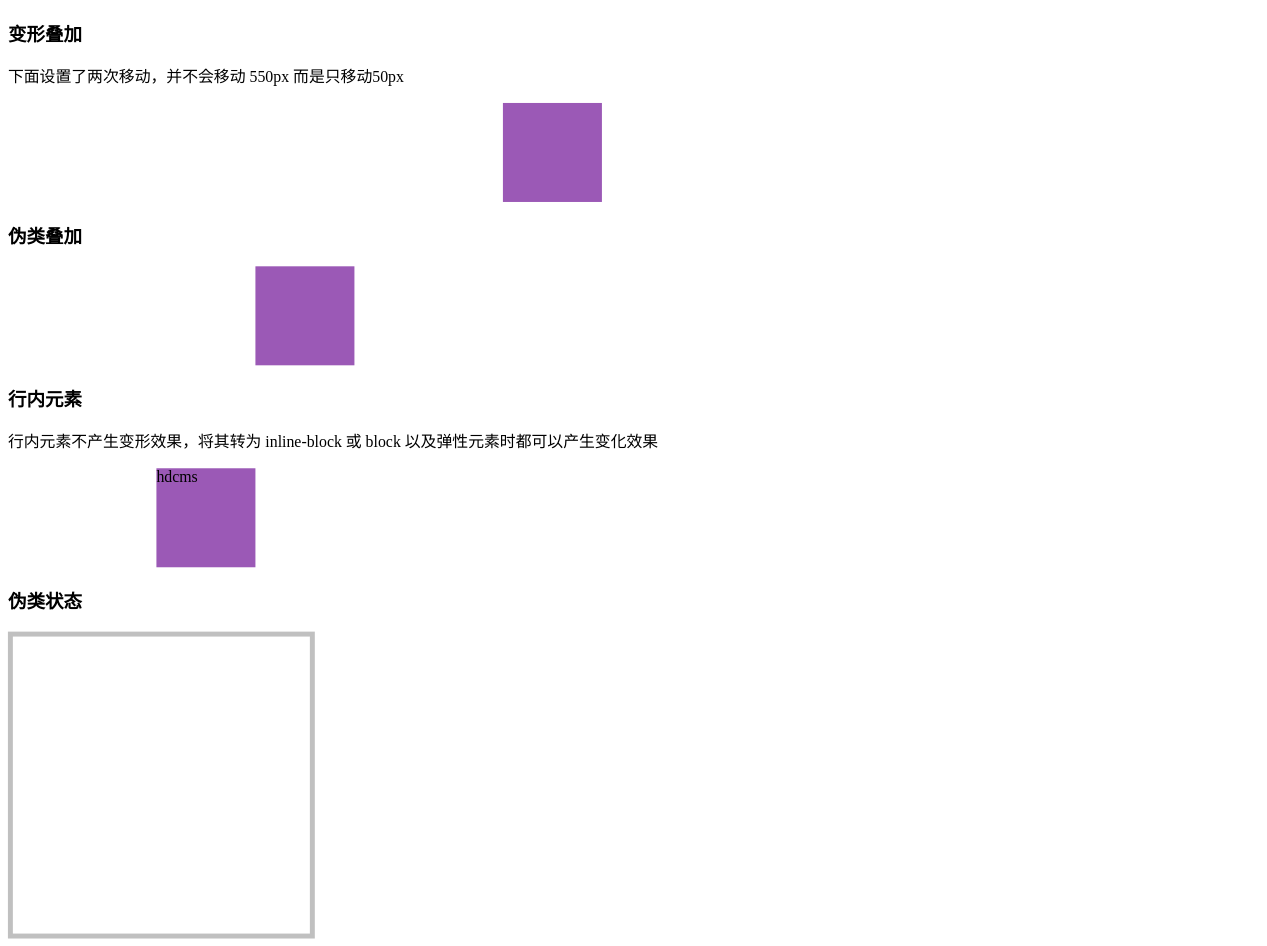
Repository: Aissd/animateDemo
Page: translate.html
The author's editor kept a copy of each file at every save. The page is drawn from the files as they stood at one save, then again after the next save.
The browser window is 1280 px wide. The pictures show the whole page, at 99% of full size.

Above is the page before, as saved 2020-05-11 21:43:43.

### translate.html
<!DOCTYPE html>
<html lang="en">
<head>
    <meta charset="UTF-8">
    <meta name="viewport" content="width=device-width, initial-scale=1.0">
    <title>变形动画</title>
    <link rel="stylesheet" href="./css/translate.css" />
</head>
<body>
    <div class="container">
        <section class="demo-section">
            <h3>变形叠加</h3>
            <p>下面设置了两次移动，并不会移动 550px 而是只移动50px</p>
            <div class="demo01"></div>
        </section>

        <section class="demo-section">
            <h3>伪类叠加</h3>
            <div class="demo02"></div>
        </section>

        <section class="demo-section">
            <h3>行内元素</h3>
            <p>行内元素不产生变形效果，将其转为 inline-block 或 block 以及弹性元素时都可以产生变化效果</p>
            <span class="demo03">hdcms</span>
        </section>

        <section class="demo-section">
            <h3>伪类状态</h3>
            <div class="demo04">hdcms</div>
        </section>
    </div>
</body>
</html>

### css/translate.css
.demo01 {
    transform: translateX(500px);
    width: 100px;
    height: 100px;
    background: #9b59b6;
}

.demo01:nth-child(1) {
    transform: translateX(50px);
}

.demo02 {
    transition: 2s;
    transform: translateX(200px) translateX(50px);
    width: 100px;
    height: 100px;
    background: #9b59b6;
    transition: 2s;
}

.demo02:hover {
    transform: translateX(100px);
}

.demo03 {
    display: inline-block; /* 去掉这行就失效了 */
    transition: 2s;
    transform: translateX(100px) translateX(50px);
    width: 100px;
    height: 100px;
    background: #9b59b6;
    transition: 2s;
}

.demo03:hover {
    transform: translateX(100px);
}

.demo04 {
    width: 300px;
    height: 300px;
    display: grid;
    gap: 10px;
    grid-template-columns: repeat(2, 1fr);
    grid-template-rows: repeat(2, 1fr);
    position: relative;
    border: solid 5px silver;
    color: white;
}

.demo04 div a {
    color: white;
    text-decoration: none;
}

.demo04 div,
.demo04 div aside {
    background: blueviolet;
    background-clip: content-box;
    padding: 5px;
    border: solid 2px blueviolet;
    box-sizing: border-box;
    display: flex;
    justify-content: center;
    align-items: center;
    position: relative;
}

.demo04 div aside {
    position: absolute;
    display: none;
    width: 100px;
    height: 100px;
}

.demo04 aside:target {
    display: block;
    transform: translateY(150px);
    box-shadow: 0 0 10px #ddd;
}

After the next save:
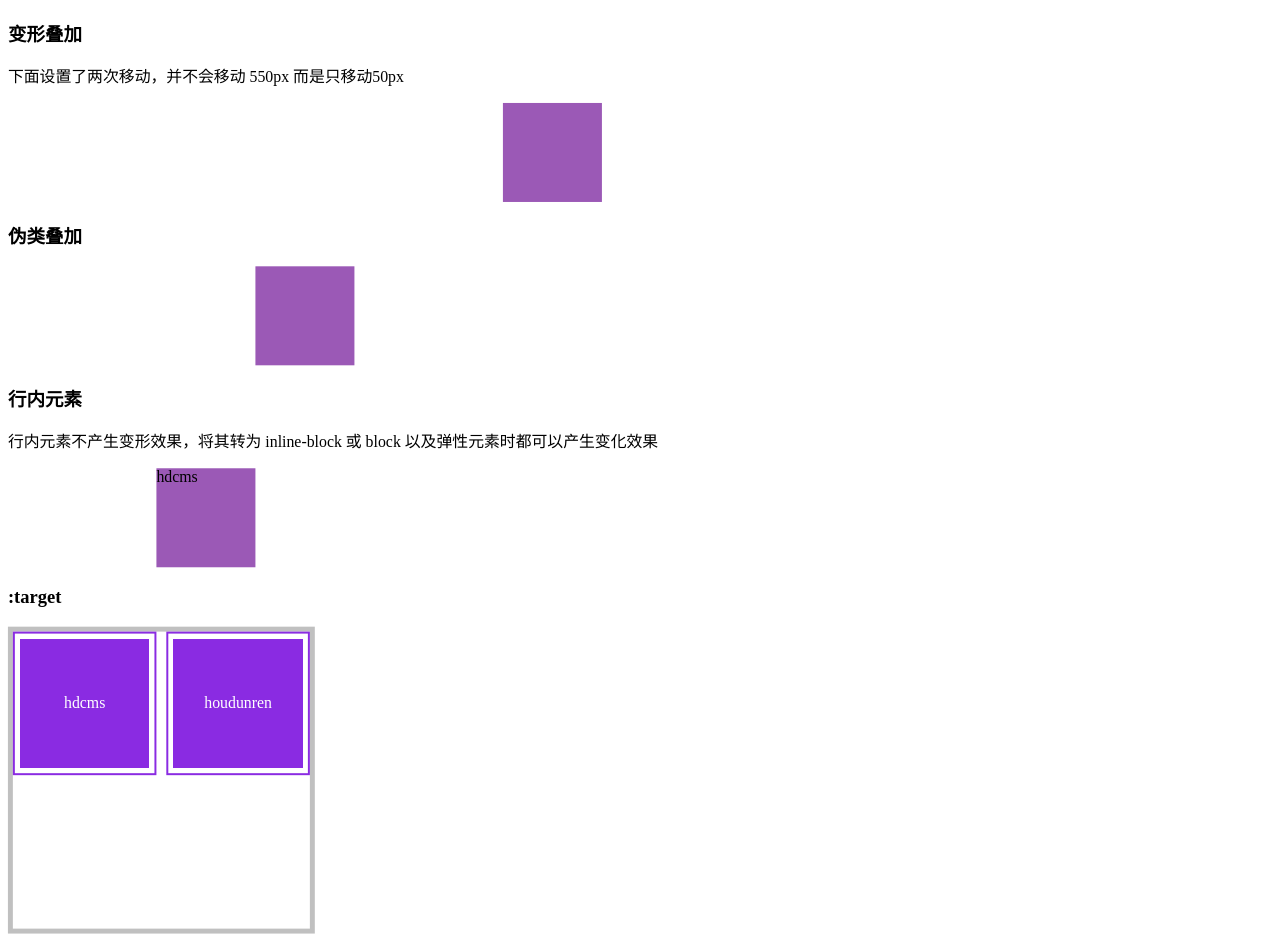
Saved 2 s later.
--- a/translate.html
+++ b/translate.html
@@ -26,8 +26,21 @@
         </section>
 
         <section class="demo-section">
-            <h3>伪类状态</h3>
-            <div class="demo04">hdcms</div>
+            <h3>:target</h3>
+            <article class="demo04">
+                <div>
+                    <a href="#hdcms">hdcms</a>
+                    <aside id="hdcms">
+                        内容管理系统
+                    </aside>
+                </div>
+                <div>
+                    <a href="#houdunren">houdunren</a>
+                    <aside id="houdunren">
+                        在线社区
+                    </aside>
+                </div>
+            </article>
         </section>
     </div>
 </body>
